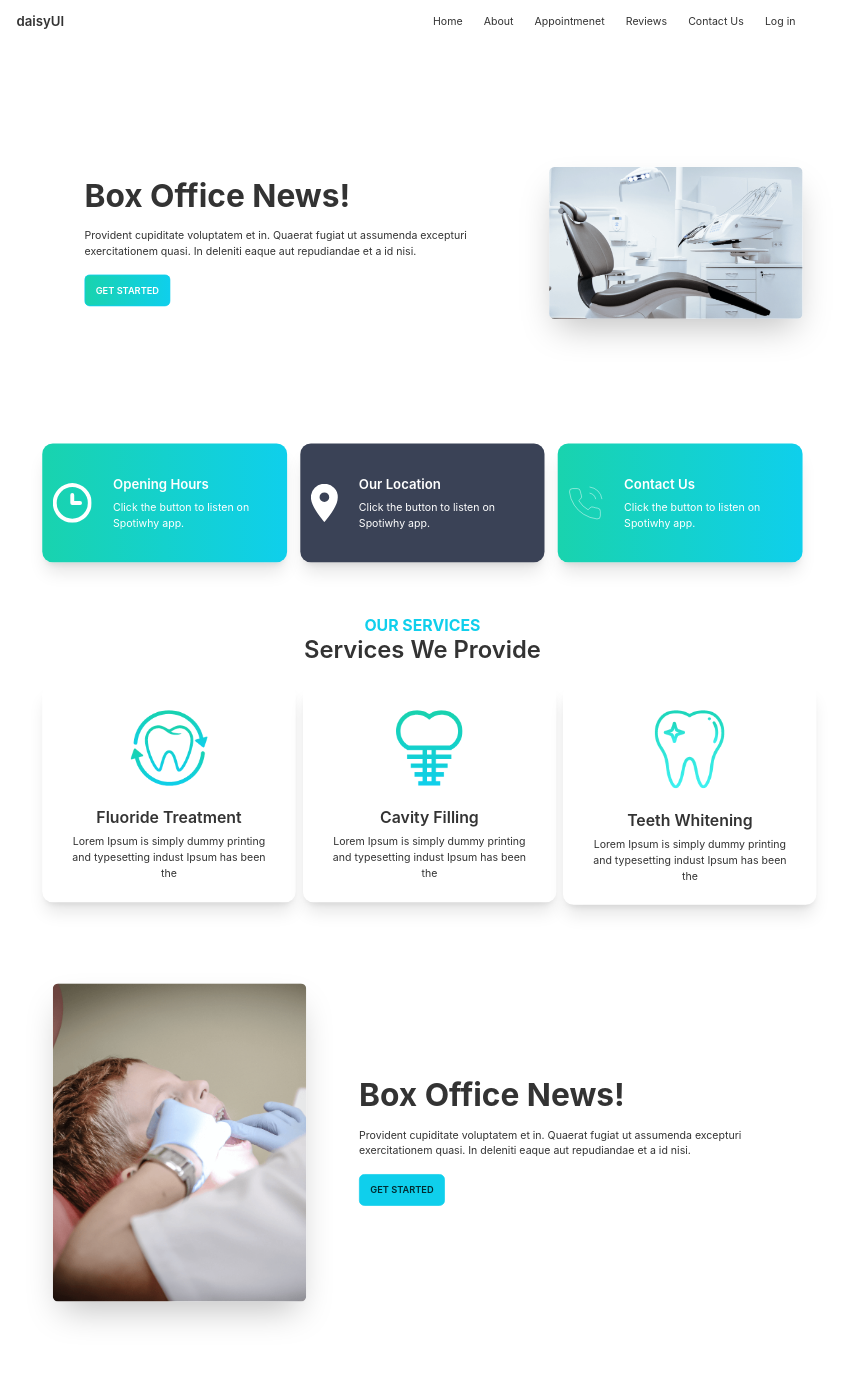
Repository: Tanvir3744/Doctors-client-website
Page: /
These files come from the project's save history. The page is drawn as it stood at one moment and after the next save; the edit follows.
The browser window is 1280 px wide. The pictures show the whole page, at 66% of full size.
The project was rebuilt for these pictures with package versions that can differ from the ones it lists, and the page was loaded fresh each time. Also part of the build but not shown: src/Pages/About/About.js, src/Pages/Login/Login.js, src/Pages/NotFound/NotFound.js.

Above is the page before, as saved 2022-05-25 20:29:18.

### src/App.js
import { Routes, Route } from 'react-router-dom'
import About from './Pages/About/About';
import Home from './Pages/Home/Home';
import Login from './Pages/Login/Login';
import NotFound from './Pages/NotFound/NotFound';
import Navbar from './Pages/Shared/Navbar';
function App() {
  return (
    <div className="App">
      <Navbar></Navbar>
      <Routes>
        <Route path='/' element={<Home />}></Route>
        <Route path='/home' element={<Home />}></Route>
        <Route path='/about' element={<About />}></Route>
        <Route path='/login' element={<Login />}></Route>
        <Route path='*' element={<NotFound />}></Route>
      </Routes>
    </div>
  );
}

export default App;

### src/Pages/Home/Home.js
import React from 'react';
import InfoCards from '../../components/InfoCards';
import Banner from './Banner/Banner';
import ServiceHero from './ServiceHero';
import Services from './Services';

const Home = () => {
    return (
        <div>
            <Banner />
            <InfoCards />
            <Services />
            <ServiceHero />
        </div>
    );
};

export default Home;

### src/Pages/Shared/Navbar.js
import React from 'react';
import { Link } from 'react-router-dom';

const Navbar = () => {
    //menu items stored here
    const menuItems = <>
        <li><Link to="/">Home</Link></li>
        <li><Link to="/about">About</Link></li>
        <li><Link to="/appointment">Appointmenet</Link></li>
        <li><Link to="/reviews">Reviews</Link></li>
        <li><Link to="/contact">Contact Us</Link></li>
        <li><Link to="/login">Log in </Link></li>
    </>
    return (
        <div>
            <div class="navbar bg-base-100">
                <div class="navbar-start">
                    <div class="dropdown">
                        <label tabindex="0" class="btn btn-ghost lg:hidden">
                            <svg xmlns="http://www.w3.org/2000/svg" class="h-5 w-5" fill="none" viewBox="0 0 24 24" stroke="currentColor"><path stroke-linecap="round" stroke-linejoin="round" stroke-width="2" d="M4 6h16M4 12h8m-8 6h16" /></svg>
                        </label>
                        <ul tabindex="0" class="menu menu-compact dropdown-content mt-3 p-2 shadow bg-base-100 rounded-box w-52">
                           {menuItems}
                        </ul>
                    </div>
                    <Link to='/' class="btn btn-ghost normal-case text-xl">daisyUI</Link>
                </div>
                <div class="navbar-center hidden lg:flex">
                    <ul class="menu menu-horizontal p-0">
                        {menuItems}
                    </ul>
                </div>
            </div>
        </div>
    );
};

export default Navbar;

### src/components/InfoCards.js
import React from 'react';
import ChildInfoCards from './ChildInfoCards';
import Clock from './../assets/icons/clock.svg'
import Marker from './../assets/icons/marker.svg'
import Phone from './../assets/icons/phone.svg'
const InfoCards = () => {

    return (
        <div className='grid px-16 grid-cols-1 lg:grid-cols-3 gap-5 -mt-28'>
            <ChildInfoCards bgClass='bg-gradient-to-r from-secondary to-primary' cardTitle='Opening Hours' img={Clock} />
            <ChildInfoCards bgClass='bg-warning' cardTitle='Our Location' img={Marker} />
            <ChildInfoCards bgClass='bg-gradient-to-r from-secondary to-primary' cardTitle='Contact Us' img={Phone} />
        </div>
    );
};

export default InfoCards;

### src/Pages/Home/Banner/Banner.js
import React from 'react';
import chair from '../../../assets/images/chair.png'
const Banner = () => {
    return (
        <div className='px-12'>
            <div class="hero min-h-screen conatiner mx-auto">
                <div class="hero-content flex-col lg:flex-row-reverse -mt-28">
                    <img src={chair} class="max-w-sm rounded-lg shadow-2xl " />
                    <div className='px-16'>
                        <h1 class="text-5xl font-bold">Box Office News!</h1>
                        <p class="py-6">Provident cupiditate voluptatem et in. Quaerat fugiat ut assumenda excepturi exercitationem quasi. In deleniti eaque aut repudiandae et a id nisi.</p>
                        <button class="btn btn-primary text-white rounded-lg bg-gradient-to-r from-secondary to-primary">Get Started</button>
                    </div>
                </div>
            </div>
        </div>
    );
};

export default Banner;

### src/Pages/Home/ServiceHero.js
import React from 'react';
import Treatment from '../../assets/images/treatment.png'

const ServiceHero = () => {
    return (
        <div>
            <div class="hero min-h-screen px-16">
                <div class="hero-content flex-col lg:flex-row">
                    <img src={Treatment} class="max-w-sm rounded-lg shadow-2xl" />
                    <div className ="ml-16">
                        <h1 class="text-5xl font-bold">Box Office News!</h1>
                        <p class="py-6">Provident cupiditate voluptatem et in. Quaerat fugiat ut assumenda excepturi exercitationem quasi. In deleniti eaque aut repudiandae et a id nisi.</p>
                        <button class="btn btn-primary">Get Started</button>
                    </div>
                </div>
            </div>
        </div>
    );
};

export default ServiceHero;

### src/Pages/Home/Services.js
import React from 'react';
import Fluoride from '../../assets/images/fluoride.png';
import Cavity from '../../assets/images/cavity.png';
import Whitening from '../../assets/images/whitening.png';
import Service from './Service';
const Services = () => {
    const serviceData = [
        {
            _id: 1,
            img: Fluoride,
            name: 'Fluoride Treatment',
            desc: 'Lorem Ipsum is simply dummy printing and typesetting indust Ipsum has been the',
        },
        {
            _id: 2,
            img: Cavity,
            name: 'Cavity Filling',
            desc: 'Lorem Ipsum is simply dummy printing and typesetting indust Ipsum has been the'
        },
        {
            _id: 3,
            img: Whitening,
            name: 'Teeth Whitening',
            desc: 'Lorem Ipsum is simply dummy printing and typesetting indust Ipsum has been the'
        }

    ]
    return (
        <div>
            <div className=' text-center mt-20'>
                <h3 className='text-primary uppercase font-bold text-2xl'>Our Services</h3>
                <h2 className='text-4xl text-dark capitalize font-semibold'>Services we provide</h2>
            </div>
            <div className="service-cards gap-8 grid sm:grid-cols-1 md:grid-cols-2 lg:grid-cols-3  mt-8 px-16">
                {
                    serviceData.map(serve => <Service key={serve._id} service = {serve}></Service>)
                }
            </div>
        </div>
    );
};

export default Services;

### src/components/ChildInfoCards.js
import React from 'react';

const ChildInfoCards = (props) => {
    const {img, cardTitle, bgClass} = props;
    return (
        <div className='container'>
            <div className={`card lg:card-side shadow-xl p-4 pl-4  ${bgClass}`}>
                <figure><img src={img} alt="Info cards" /></figure>
                <div class="card-body text-white">
                    <h2 class="card-title">{cardTitle}</h2>
                    <p>Click the button to listen on Spotiwhy app.</p>
                </div>
            </div>
        </div>
    );
};

export default ChildInfoCards;

### src/Pages/Home/Service.js
import React from 'react';

const Service = (props) => {
    const {name, img, desc} = props.service;
    return (
        <div>
            <div className="card   w-96 bg-base-100 shadow-xl">
                <figure className="px-10 pt-10">
                    <img src={img} alt="Shoes" className="rounded-xl" />
                </figure>
                <div className="card-body items-center text-center">
                    <h2 className="card-title font-semibold text-2xl">{name}</h2>
                    <p>{desc}</p>
                </div>
            </div>
        </div>
    );
};

export default Service;

### tailwind.config.js
module.exports = {
  content: ["./src/**/*.{html,js}"],
  theme: {
    extend: {},
  },
  daisyui: {
    themes: [
      {

        mytheme: {
          primary: "#0FCFEC",
          secondary: "#19D3AE",
          neutral: "#3d4451",
          warning : "#3A4256",
          accent: "#37cdbe",
          "base-100": "#ffffff",
        },
      },
      "cupcake",
    ],
  },
  plugins: [require("daisyui")],
}

Loaded but not shown: public/index.html (common file); src/index.js (common file); src/index.css (common file); src/reportWebVitals.js (common file)

After the next save:
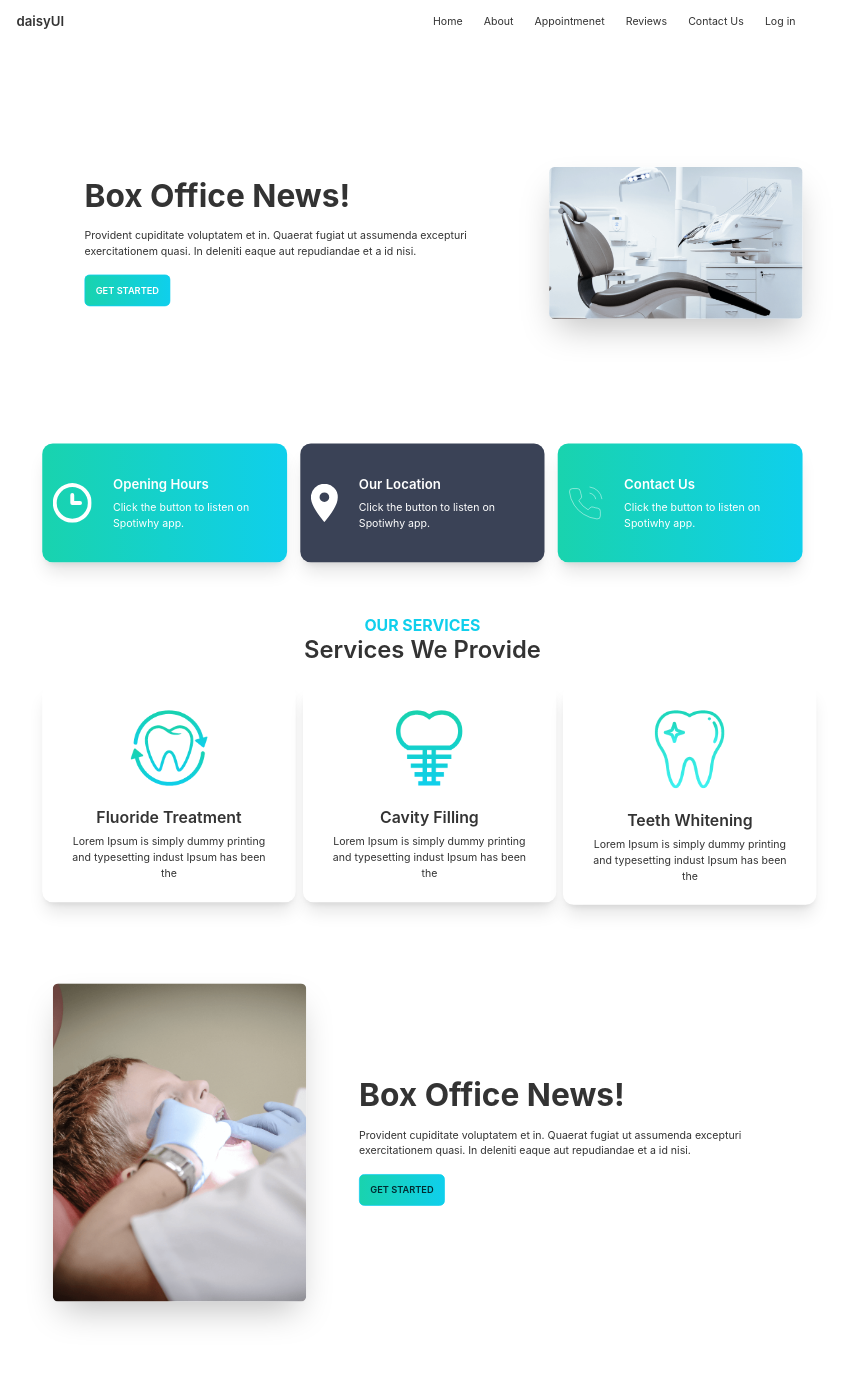
Saved 30 s later.
--- a/src/Pages/Home/ServiceHero.js
+++ b/src/Pages/Home/ServiceHero.js
@@ -10,7 +10,7 @@ const ServiceHero = () => {
                     <div className ="ml-16">
                         <h1 class="text-5xl font-bold">Box Office News!</h1>
                         <p class="py-6">Provident cupiditate voluptatem et in. Quaerat fugiat ut assumenda excepturi exercitationem quasi. In deleniti eaque aut repudiandae et a id nisi.</p>
-                        <button class="btn btn-primary">Get Started</button>
+                        <button class="btn btn-primary bg-gradient-to-r from-secondary to-primary">Get Started</button>
                     </div>
                 </div>
             </div>
